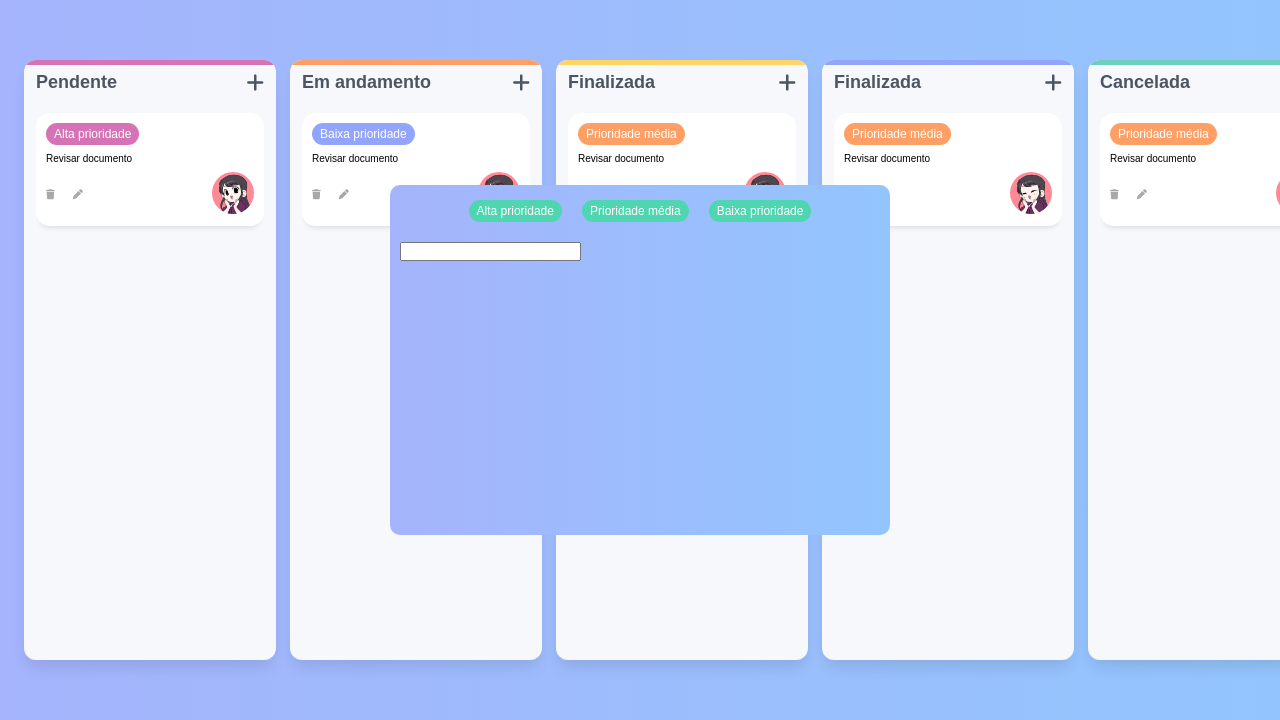
Repository: Marinalr-25/ProjetoToDoList
Page: index.html
An editor plug-in stored every save of this project. The page is shown before and after the next save, followed by the edit.
The browser window is 1280 px wide. The pictures show the whole page.
Some web fonts or font styles are not loaded; a fallback is used. Some web libraries are served in a nearby version.

Above is the page before, as saved 2024-10-31 18:23:31.

### index.html
<!DOCTYPE html>
<html lang="pt-BR">
  <head>
    <meta charset="UTF-8" />
    <meta name="viewport" content="width=device-width, initial-scale=1.0" />
    <link rel="preconnect" href="https://fonts.googleapis.com" />
    <link rel="preconnect" href="https://fonts.gstatic.com" crossorigin />
    <link
      href="https://fonts.googleapis.com/css2?family=Playpen+Sans:wght@100..800&family=Roboto:ital,wght@0,100;0,300;0,400;0,500;0,700;0,900;1,100;1,300;1,400;1,500;1,700;1,900&display=swap"
      rel="stylesheet"
    />
    <link
      rel="stylesheet"
      href="https://cdnjs.cloudflare.com/ajax/libs/font-awesome/6.6.0/css/all.min.css"
      integrity="sha512-Kc323vGBEqzTmouAECnVceyQqyqdsSiqLQISBL29aUW4U/M7pSPA/gEUZQqv1cwx4OnYxTxve5UMg5GT6L4JJg=="
      crossorigin="anonymous"
      referrerpolicy="no-referrer"
    />
    <link rel="stylesheet" href="css/style.css" />
    <title>Suas tarefas</title>
  </head>
  <body>
    <main class="kanban">
      <!-- coluna 1 -->
      <div class="kanban-column" data-id="1">
        <div class="kanban-title">
          <h2>Pendente</h2>
          <button class="add-card"><i class="fa-solid fa-plus"></i></button>
        </div>
        <div class="kanban-cards">
          <div class="kanban-card" draggable="true">
            <div class="badge high">
              <span>Alta prioridade</span>
            </div>
            <p class="card-title">Revisar documento</p>
            <div class="card-infos">
              <div class="card-icons">
                <p>
                  <i class="fa-solid fa-trash"></i>
                </p>
                <p>
                  <i class="fa-solid fa-pen"></i>
                </p>
              </div>
              <div class="user">
                <img src="images/iconePerfil1.png" alt="avatar1" />
              </div>
            </div>
          </div>
        </div>
      </div>
      <!-- coluna 2 -->
      <div class="kanban-column" data-id="2">
        <div class="kanban-title">
          <h2>Em andamento</h2>
          <button class="add-card"><i class="fa-solid fa-plus"></i></button>
        </div>
        <div class="kanban-cards">
          <div class="kanban-card" draggable="true">
            <div class="badge low">
              <span>Baixa prioridade</span>
            </div>
            <p class="card-title">Revisar documento</p>
            <div class="card-infos">
              <div class="card-icons">
                <p>
                  <i class="fa-solid fa-trash"></i>
                </p>
                <p>
                  <i class="fa-solid fa-pen"></i>
                </p>
              </div>
              <div class="user">
                <img src="images/iconePerfil2.png" alt="avatar2" />
              </div>
            </div>
          </div>
        </div>
      </div>
      <!-- coluna 3 -->
      <div class="kanban-column" data-id="3">
        <div class="kanban-title">
          <h2>Finalizada</h2>
          <button class="add-card"><i class="fa-solid fa-plus"></i></button>
        </div>
        <div class="kanban-cards">
          <div class="kanban-card" draggable="true">
            <div class="badge medium">
              <span>Prioridade média</span>
            </div>
            <p class="card-title">Revisar documento</p>
            <div class="card-infos">
              <div class="card-icons">
                <p>
                  <i class="fa-solid fa-trash"></i>
                </p>
                <p>
                  <i class="fa-solid fa-pen"></i>
                </p>
              </div>
              <div class="user">
                <img src="images/iconePerfil2.png" alt="avatar2" />
              </div>
            </div>
          </div>
        </div>
      </div>
      <!-- coluna 4 -->
      <div class="kanban-column" data-id="4">
        <div class="kanban-title">
          <h2>Finalizada</h2>
          <button class="add-card"><i class="fa-solid fa-plus"></i></button>
        </div>
        <div class="kanban-cards">
          <div class="kanban-card" draggable="true">
            <div class="badge medium">
              <span>Prioridade média</span>
            </div>
            <p class="card-title">Revisar documento</p>
            <div class="card-infos">
              <div class="card-icons">
                <p>
                  <i class="fa-solid fa-trash"></i>
                </p>
                <p>
                  <i class="fa-solid fa-pen"></i>
                </p>
              </div>
              <div class="user">
                <img src="images/iconePerfil2.png" alt="avatar2" />
              </div>
            </div>
          </div>
        </div>
      </div>
      <!-- coluna 5 -->
      <div class="kanban-column" data-id="5">
        <div class="kanban-title">
          <h2>Cancelada</h2>
          <button class="add-card"><i class="fa-solid fa-plus"></i></button>
        </div>
        <div class="kanban-cards">
          <div class="kanban-card" draggable="true">
            <div class="badge medium">
              <span>Prioridade média</span>
            </div>
            <p class="card-title">Revisar documento</p>
            <div class="card-infos">
              <div class="card-icons">
                <p>
                  <i class="fa-solid fa-trash"></i>
                </p>
                <p>
                  <i class="fa-solid fa-pen"></i>
                </p>
              </div>
              <div class="user">
                <img src="images/iconePerfil2.png" alt="avatar2" />
              </div>
            </div>
          </div>
        </div>
      </div>

      <div class="adicionando">
        <div class="opcoes">
          <div class="custom_radio">
            <input
              type="radio"
              name="prioridade"
              id="alta_prioridade"
              placeholder="Alta prioridade"
            />
            <label for="alta_prioridade">Alta prioridade</label>
          </div>
          <div class="custom_radio">
            <input
              type="radio"
              name="prioridade"
              id="media_prioridade"
              placeholder="Alta prioridade"
            />
            <label for="media_prioridade">Prioridade média </label>
          </div>
          <div class="custom_radio">
            <input
              type="radio"
              name="prioridade"
              id="baixa_prioridade"
              placeholder="Alta prioridade"
            />
            <label for="baixa_prioridade">Baixa prioridade</label>
          </div>
      </div>
      <div class="descricao">
        <input type="text" class="caixa_texto" name="" id=""/>
        <label for=""></label>
      </div>
    </main>
    <script src="javascript/script.js"></script>
  </body>
</html>

### css/style.css
* {
  padding: 0;
  margin: 0;
  box-sizing: border-box;
}

*::-webkit-scrollbar {
  width: 0.8rem;
}

*::-webkit-scrollbar-track {
  background-color: #eaeffa;
  border-radius: 0.8rem;
}
*::-webkit-scrollbar-thumb {
  background-color: #b7d3fb;
  border-radius: 2rem;
}

html {
  font-size: 62.5%;
}

body {
  font-family: 'Playpen Sans', sans-serif;
  min-height: 100vh;
  display: flex;
  justify-content: center;
  align-items: center;
  background: linear-gradient(90deg, #a5b4fc, #93c5fd);
}

.kanban {
  display: flex;
  gap: 1.4rem;
  padding: 2.4rem;
  width: 100%;
  height: 90vh;
  overflow-x: auto;
}

.kanban-column {
  display: flex;
  flex-direction: column;
  gap: 1.8rem;
  height: 100%;
  overflow-y: auto;
  background-color: #f6f8fc;
  border-radius: 1.2rem;
  box-shadow: 0 1rem 1.5rem -0.3rem rgba(0, 0, 0, 0.1);
  padding: 1.2rem;
  overflow: hidden;
  min-width: 25.2rem;
  position: relative;

  &::after {
    position: absolute;
    content: '';
    top: 0;
    left: 0;
    height: 0.5rem;
    width: 100%;
  }
  &[data-id='1']::after {
    background-color: #d573b6;
  }
  &[data-id='2']::after {
    background-color: #fea065;
  }
  &[data-id='3']::after {
    background-color: #fed565;
  }
  &[data-id='4']::after {
    background-color: #92a5fb;
  }
  &[data-id='5']::after {
    background-color: #6ed0bc;
  }
}

.kanban-title {
  display: flex;
  justify-content: space-between;

  & h2 {
    font-size: 1.8rem;
    color: #4b5563;
    font-weight: 600;
  }
}

.add-card {
  color: #4b5563;
  font-size: 2rem;
  background-color: transparent;
  cursor: pointer;
  border: none;
}

.kanban-cards {
  display: flex;
  flex-direction: column;
  gap: 0.8rem;
  height: 100%;
  overflow-x: hidden;
  overflow-y: auto;
}

.kanban-card {
  display: flex;
  flex-direction: column;
  gap: 0.8rem;
  background-color: #ffffff;
  padding: 1rem;
  border-radius: 1.4rem;
  box-shadow: 0 0.5rem 0.5rem -0.3rem rgba(0, 0, 0, 0.1);
  cursor: pointer;
}

.badge {
  color: #ffffff;
  width: fit-content;
  font-size: 1.2rem;
  padding: 0.4rem 0.8rem;
  border-radius: 1.2rem;

  &.high {
    background-color: #d573b6;
  }
  &.medium {
    background-color: #fea065;
  }
  &.low {
    background-color: #92a5fb;
  }
}

.dragging {
  opacity: 0.5;
}

.card-infos {
  display: flex;
  justify-content: space-between;
  align-items: center;
}
.card-icons {
  display: flex;
  gap: 1.8rem;
  & i {
    color: #a8a8aa;
  }
}

.cards-hover {
  background-color: #eaeffa;
  border-radius: 0.8rem;
}

.user img {
  width: 4.2rem;
  height: 4.2rem;
  border-radius: 100%;
  object-fit: cover;
}

.adicionando {
  padding: 1rem;
  display: flex;
  flex-direction: column;
  gap: 1.5rem;
  position: fixed;
  top: 50%;
  left: 50%;
  transform: translate(-50%, -50%);
  width: 50rem;
  height: 35rem;
  border-radius: 1rem;
  background: linear-gradient(90deg, #a5b4fc, #93c5fd);
}
.opcoes {
  display: flex;
  justify-content: center;
  gap: 1rem;
}

.custom_radio input[type='radio'] {
  display: none;
}

.custom_radio label {
  display: inline-block;
  margin: 0.5rem;
  cursor: pointer;
  transition: transform 0.2s ease;
  background-color: #4fd6b0;
  color: #ffffff;
  width: fit-content;
  font-size: 1.2rem;
  padding: 0.4rem 0.8rem;
  border-radius: 1.2rem;
}

.custom_radio input[type='radio']:checked + label {
  box-shadow: 0 0.5rem 5px 2px rgba(0, 0, 0, 0.2);
}

#alta_prioridade:checked + label {
  background-color: #d573b6; /* Vermelho para alta prioridade */
}

#media_prioridade:checked + label {
  background-color: #fea065; /* Amarelo para média prioridade */
}

#baixa_prioridade:checked + label {
  background-color: #92a5fb; /* Verde para baixa prioridade */
}

.custom-radio input[type='radio']:checked {
  transform: scale(1.1);
}

### javascript/script.js
document.addEventListener('DOMContentLoaded', function () {
  const cards = document.querySelectorAll('.kanban-card');
  const colunas = document.querySelectorAll('.kanban-cards');
  const mais = document.querySelectorAll('.fa-solid.fa-plus');
  console.log(mais);
  let dragCard = null;

  cards.forEach((card) => {
    card.addEventListener('dragstart', (e) => {
      dragCard = card;
      e.currentTarget.classList.add('dragging');
    });
    card.addEventListener('dragend', (e) => {
      e.currentTarget.classList.remove('dragging');
      dragCard = null;
    });
  });

  colunas.forEach((coluna) => {
    coluna.addEventListener('dragover', (e) => {
      e.preventDefault();
      e.currentTarget.classList.add('cards-hover');
    });
    coluna.addEventListener('dragleave', (e) => {
      e.currentTarget.classList.remove('cards-hover');
    });
    coluna.addEventListener('drop', (e) => {
      e.preventDefault();
      e.currentTarget.classList.remove('cards-hover');
      if (dragCard) {
        e.currentTarget.appendChild(dragCard);
      }
    });
  });

  mais.forEach((adicionar) => {
    adicionar.addEventListener;
  });

  const radios = document.querySelectorAll('input[name="prioridade"]');

  radios.forEach((radio) => {
    radio.addEventListener('change', () => {
      if (radio.checked) {
        const selecionadoPrioridade = radio.nextElementSibling.textContent;
        console.log(selecionadoPrioridade);
      }
    });
  });
});

After the next save:
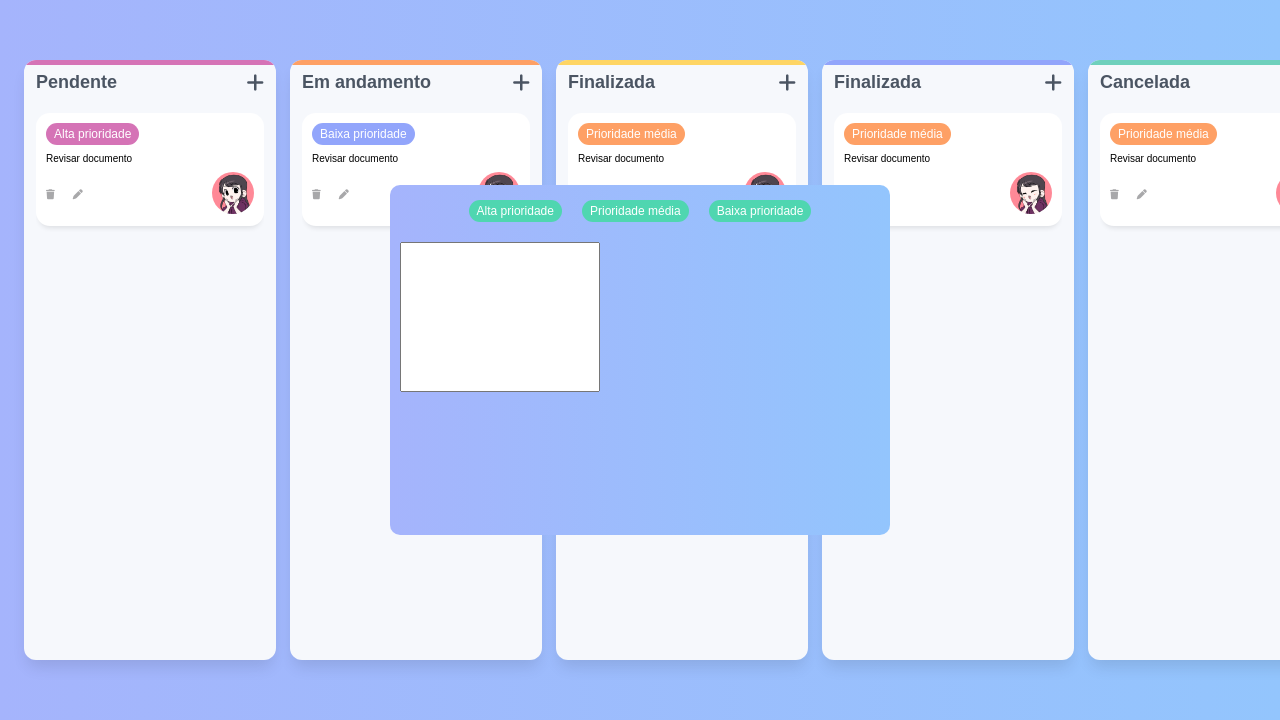
Saved 20 s later.
--- a/css/style.css
+++ b/css/style.css
@@ -220,3 +220,8 @@ body {
 .custom-radio input[type='radio']:checked {
   transform: scale(1.1);
 }
+
+.caixa_texto {
+  width: 20rem;
+  height: 15rem;
+}
